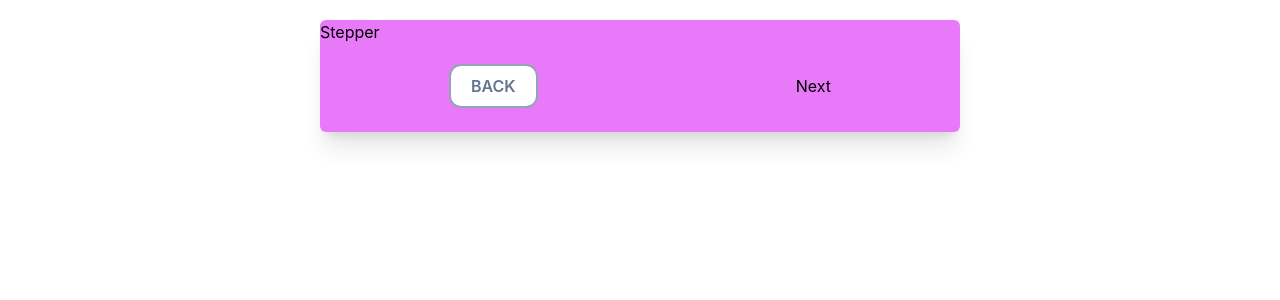
Repository: OmniaRafat232111121/reactstepper
Page: /
The author's editor kept a copy of each file at every save. The page is drawn from the files as they stood at one save, then again after the next save.
The browser window is 1280 px wide. The pictures show the whole page.
The project was rebuilt for these pictures with package versions that can differ from the ones it lists, and the page was loaded fresh each time. Also part of the build but not shown: src/App.css.

Above is the page before, as saved 2023-02-21 23:24:57.

### src/App.js

import './App.css';
import Stepper from './Component/Stepper';
import StepperControl from './Component/StepperControl';
function App() {
  return (
    <div className="md:w-1/2 mx-auto  rounded-md shadow-xl bg-fuchsia-400 pb-2 mt-5">
     {/*stepper*/}
    <div className='container horizontal mt-5'>
    <Stepper/>
    </div>
     {/*StepperCOntrol*/}
     <StepperControl/>
    </div>
  );
}

export default App;

### src/Component/Stepper.js
import React from 'react'

const Stepper = () => {
  return (
    <div>
      <h1>Stepper</h1>
    </div>
  )
}

export default Stepper

### src/Component/StepperControl.js
import React from 'react'

const StepperControl = () => {
  return (
    <div className='container  flex justify-around mt-5 mb-4'>
       {/*back button*/}
       <button className='bg-white text-slate-500 font-semibold  uppercase px-5 py-2  rounded-xl
       cursor-pointer border-2 border-slate-400 hover:bg-slate-500 hover:text-white transition duration-200 ease-in-out'>
       Back
       </button>
        {/*next button*/}
        <button>
    Next
       </button>
    </div>
  )
}

export default StepperControl

Loaded but not shown: public/index.html (common file); src/index.js (common file); src/index.css (common file); tailwind.config.js (common file)

After the next save:
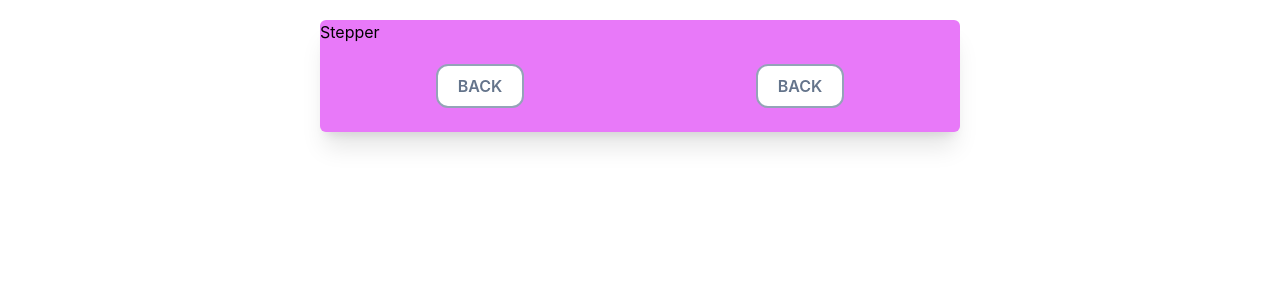
Saved 9 s later.
--- a/src/Component/StepperControl.js
+++ b/src/Component/StepperControl.js
@@ -9,9 +9,10 @@ const StepperControl = () => {
        Back
        </button>
         {/*next button*/}
-        <button>
-    Next
-       </button>
+        <button className='bg-white text-slate-500 font-semibold  uppercase px-5 py-2  rounded-xl
+        cursor-pointer border-2 border-slate-400 hover:bg-slate-500 hover:text-white transition duration-200 ease-in-out'>
+        Back
+        </button>
     </div>
   )
 }
